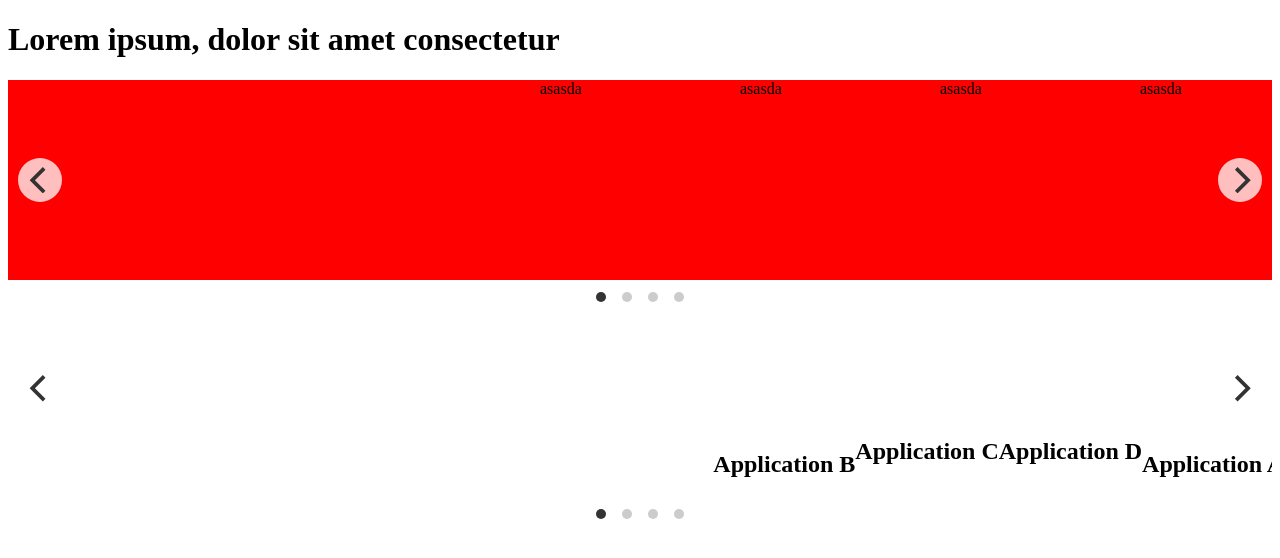
Repository: tongdkhai/Graphic-Art-Mart
Page: test/test.html
These files come from the project's save history. The page is drawn as it stood at one moment and after the next save; the edit follows.
The browser window is 1280 px wide. The pictures show the whole page.

Above is the page before, as saved 2022-10-26 09:04:33.

After the next save:
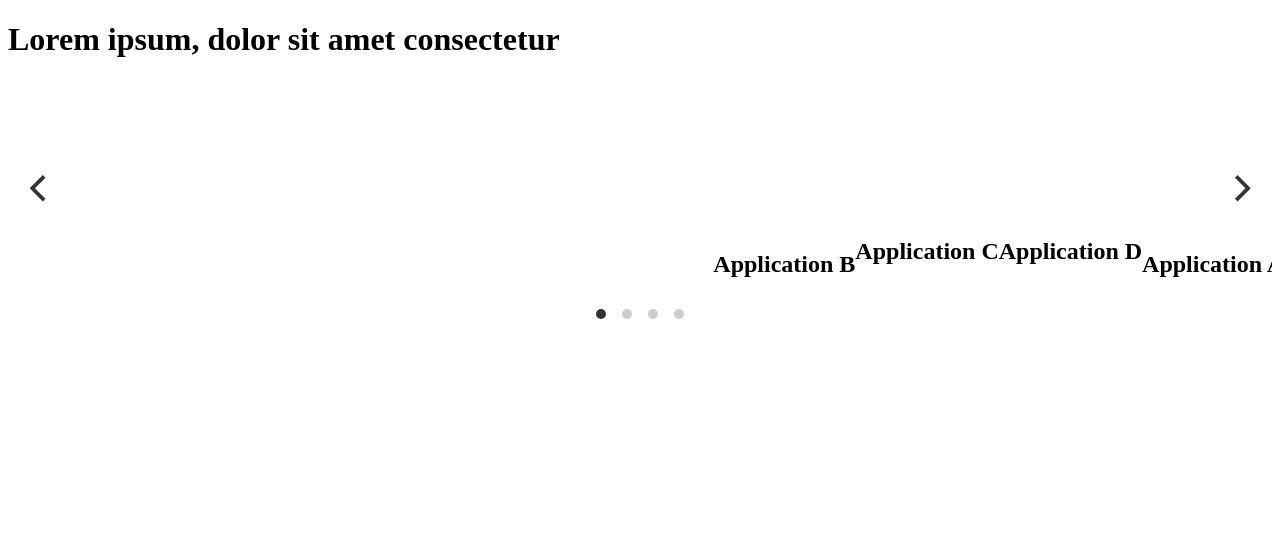
Saved 36 s later.
--- a/test/test.html
+++ b/test/test.html
@@ -52,33 +52,7 @@
   </head>
   <body>
     <h1 class="title">Lorem ipsum, dolor sit amet consectetur</h1>
-    <div
-      class="carousel"
-      data-flickity='{"freeScroll": true, "wrapAround": true}'
-    >
-    <div class="container">
-      <div class="text">
-        asasda
-      </div>
-    </div>
-    <div class="container">
-      <div class="text">
-        asasda
-      </div>
-    </div>
-    <div class="container">
-      <div class="text">
-        asasda
-      </div>
-    </div>
-    <div class="container">
-      <div class="text">
-        asasda
-      </div>
-    </div>
-
-
-    </div><div class="Application-Feature">
+    <div class="Application-Feature">
         <div
           class="container-test Application__container"
           data-flickity='{"freeScroll": true, "wrapAround": true}'
